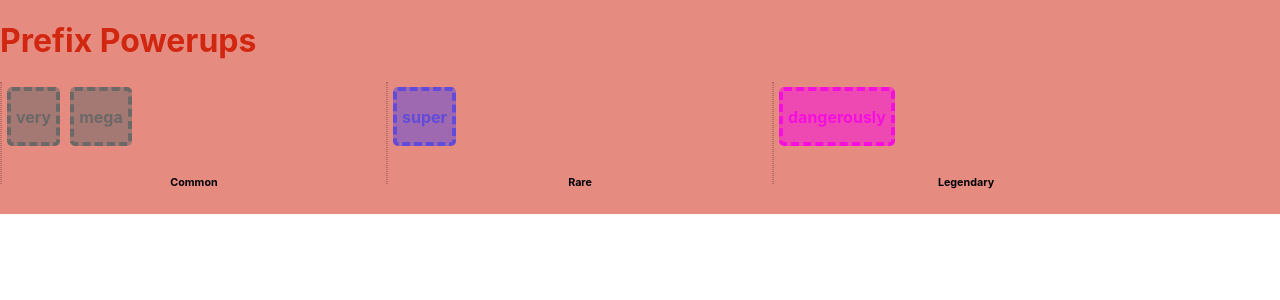
Repository: bsalgado98/buns-inator
Page: /
The author's editor kept a copy of each file at every save. The page is drawn from the files as they stood at one save, then again after the next save.
The browser window is 1280 px wide. The pictures show the whole page.
The project was rebuilt for these pictures with package versions that can differ from the ones it lists, and the page was loaded fresh each time.

Above is the page before, as saved 2022-04-25 22:41:14.

After the next save:
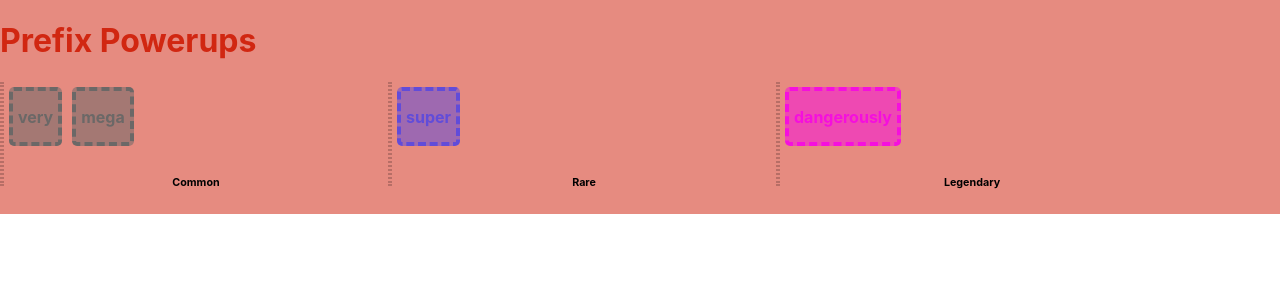
Saved 4 s later.
--- a/src/components/WordBank/WordBank.js
+++ b/src/components/WordBank/WordBank.js
@@ -41,7 +41,7 @@ const WordBank = ({ bankTitle = "N/A", color = "#000000", wordCollection = [] })
             style: {
                 height: '100px',
                 width: '0px',
-                border: '1px dotted black',
+                border: '2px dotted black',
                 opacity: '0.2'
             }
         }
